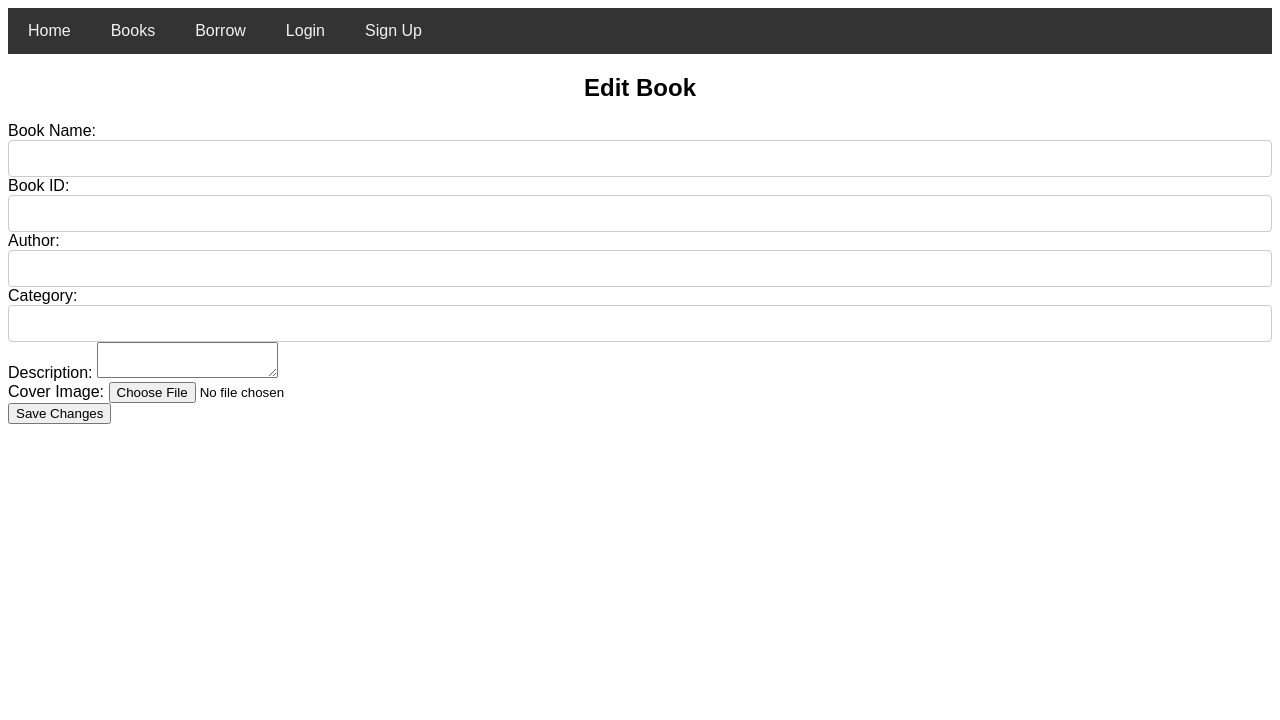
Repository: fadyesk12/Web-Technology-Course-Project
Page: auth/edit.html
These files come from the project's save history. The page is drawn as it stood at one moment and after the next save; the edit follows.
The browser window is 1280 px wide. The pictures show the whole page.

Above is the page before, as saved 2024-04-21 14:44:39.
Not found: auth/JavaScript/editBook.js

### auth/edit.html
<!DOCTYPE html>
<html lang="en">

<head>
 <meta charset="UTF-8">
 <meta name="viewport" content="width=device-width, initial-scale=1.0">
 <title>Edit Book</title>
 <link rel="stylesheet" href="../Styling/edit.css">
</head>

<body>
 <div id="navbar">
    <a href="./index.html">Home</a>
    <a href="./book_list.html">Books</a>
    <a href="./borrow.html">Borrow</a>
    <a href="./auth/login.html">Login</a>
    <a href="./auth/signup.html">Sign Up</a>
 </div>

 <div class="container">
    <h2>Edit Book</h2>
    <form id="book-form" action="#" method="post" enctype="multipart/form-data">
      <div class="form-group">
        <label for="book-name">Book Name:</label>
        <input type="text" id="book-name" name="book-name" required>
      </div>
      <div class="form-group">
        <label for="book-id">Book ID:</label>
        <input type="text" id="book-id" name="book-id" required readonly>
      </div>
      <div class="form-group">
        <label for="author">Author:</label>
        <input type="text" id="author" name="author" required>
      </div>
      <div class="form-group">
        <label for="category">Category:</label>
        <input type="text" id="category" name="category" required>
      </div>
      <div class="form-group">
        <label for="description">Description:</label>
        <textarea id="description" name="description" required></textarea>
      </div>
      <div class="form-group">
        <label for="coverImage">Cover Image:</label>
        <input type="file" id="coverImage" name="coverImage" accept="image/*" required>
      </div>
      <div class="form-group">
        <input type="submit" value="Save Changes">
      </div>
    </form>
    <div id="imagePreview" class="preview"></div>
 </div>

 <script src="./JavaScript/editBook.js"></script>

</body>

</html>

### Styling/edit.css
#navbar {
    overflow: hidden;
    background-color: #333;
}

#navbar a {
    float: left;
    display: block;
    color: #f2f2f2;
    text-align: center;
    padding: 14px 20px;
    text-decoration: none;
}

#navbar a:hover {
    background-color: #ddd;
    color: black;
}

body {
    font-family: Arial, sans-serif;
}

h1,
h2 {
    text-align: center;
}

input[type="text"] {
    width: 100%;
    padding: 10px;
    border: 1px solid #ccc;
    border-radius: 4px;
    box-sizing: border-box;
}

.search {
    margin-top: 10px;
    float: right;
}

.search input {
    width: 75%;
    height: 25px;
    font-size: 14px;
}

.search img {
    width: 20px;
}

.search button {
    background-color: #333;
    border: 0;
    height: 25px;
    padding: 0 10px;
}

.search form {
    display: flex;
    justify-content: flex-end;
}

After the next save:
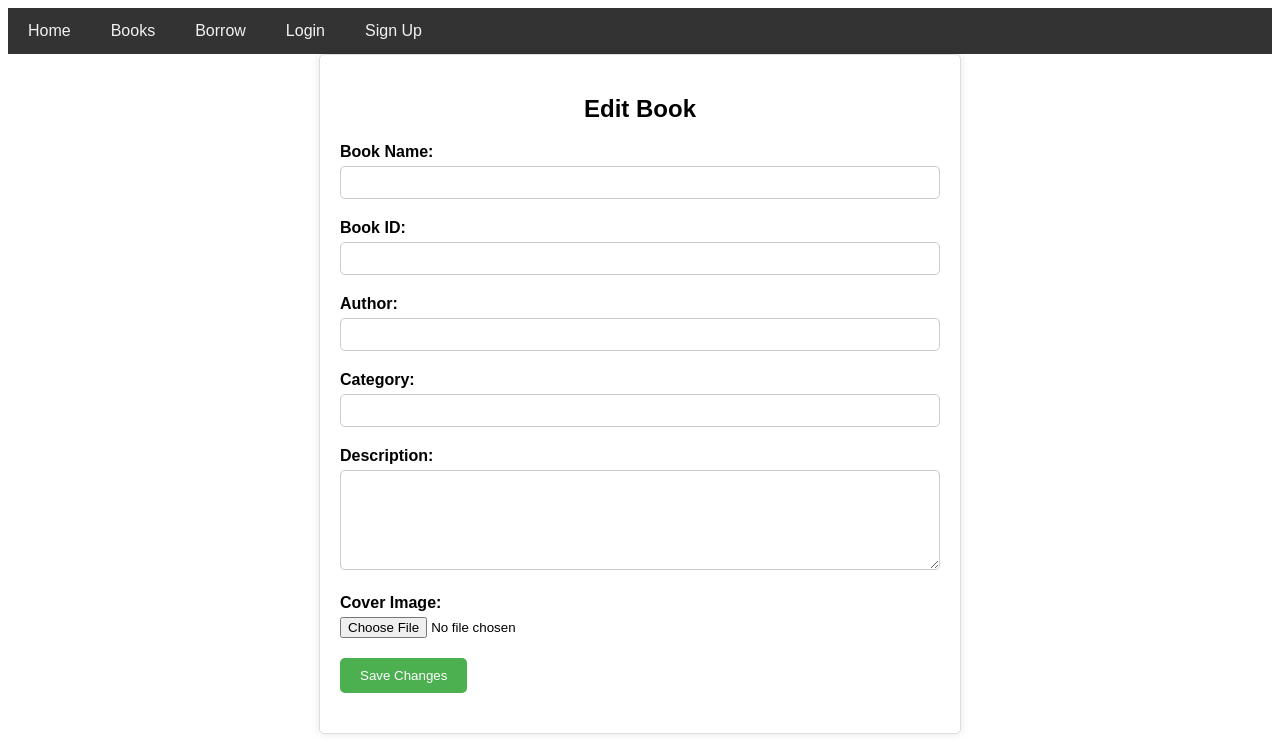
Saved 40 s later.
--- a/Styling/edit.css
+++ b/Styling/edit.css
@@ -60,3 +60,53 @@ input[type="text"] {
     display: flex;
     justify-content: flex-end;
 }
+
+.container {
+    max-width: 600px;
+    margin: 0 auto;
+    padding: 20px;
+    border: 1px solid #ddd;
+    border-radius: 5px;
+    box-shadow: 0 0 10px rgba(0, 0, 0, 0.1);
+  }
+
+  .form-group {
+    margin-bottom: 20px;
+  }
+
+  label {
+    display: block;
+    font-weight: bold;
+    margin-bottom: 5px;
+  }
+
+  input[type="text"],
+  textarea {
+    width: 100%;
+    padding: 8px;
+    border: 1px solid #ccc;
+    border-radius: 5px;
+    box-sizing: border-box;
+  }
+
+  textarea {
+    height: 100px;
+  }
+
+  input[type="submit"] {
+    background-color: #4CAF50;
+    color: white;
+    padding: 10px 20px;
+    border: none;
+    border-radius: 5px;
+    cursor: pointer;
+  }
+
+  input[type="submit"]:hover {
+    background-color: #45a049;
+  }
+
+  .preview {
+    max-width: 200px;
+    margin-top: 10px;
+  }
